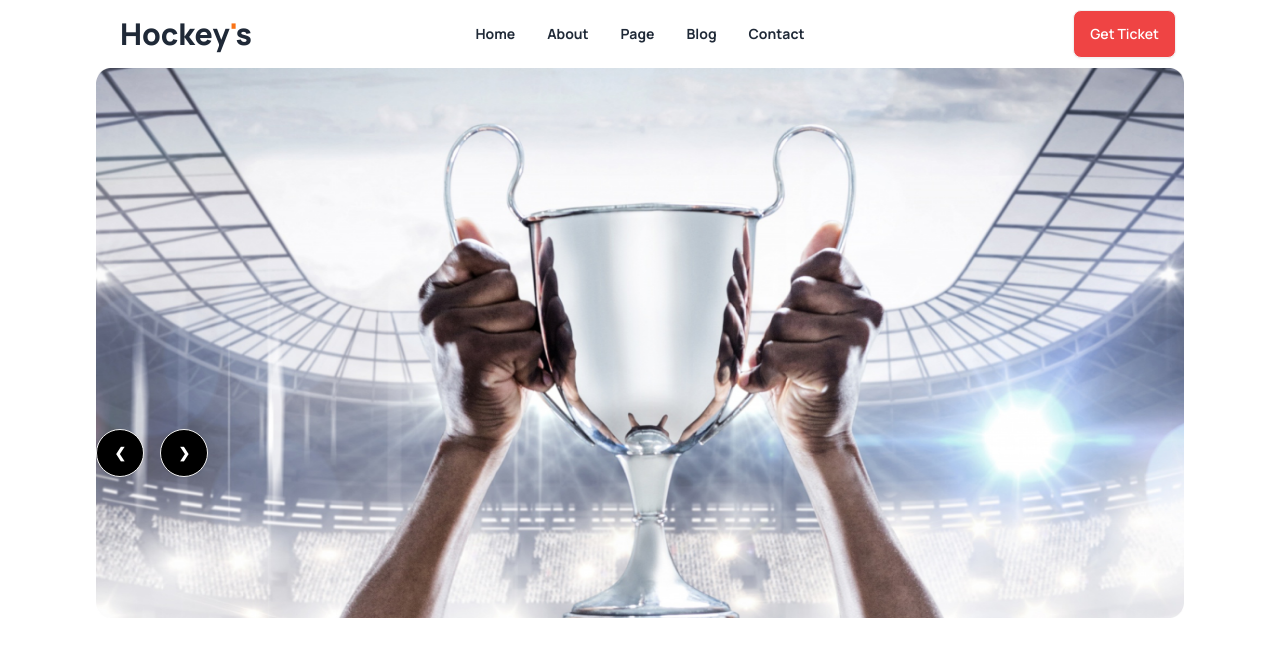
Repository: RudrasahaDibos/Hockey-
Page: index.html
The author's editor kept a copy of each file at every save. The page is drawn from the files as they stood at one save, then again after a run of saves.
The browser window is 1280 px wide. The pictures show the whole page.
Some web libraries are served in a nearby version.

Above is the page before, as saved 2024-10-23 19:10:42.

After the next 4 saves:
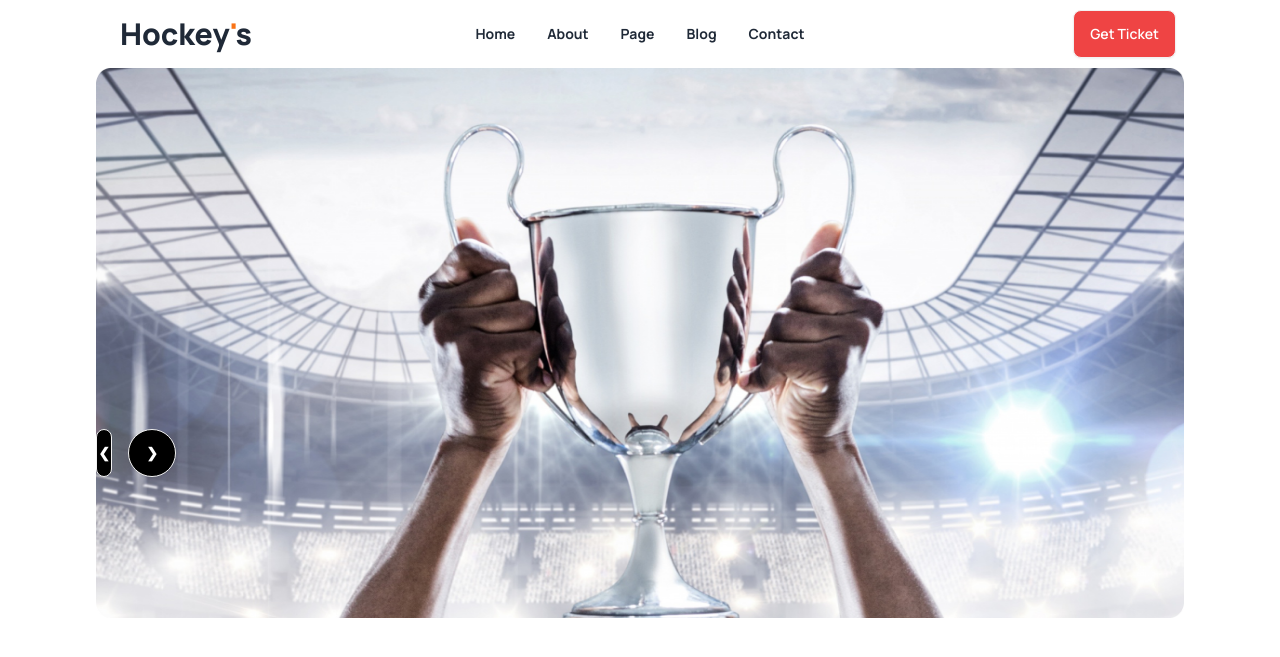
The 4 saves are shown as one change because they came seconds apart.
The last was saved 13 s later.
--- a/index.html
+++ b/index.html
@@ -96,7 +96,7 @@
                             src="Images/1.png"
                             class="w-full lg:h-[550px] " />
                           <div class="absolute left-0 right-0 top-[60%] flex -translate-y-1/2 transform gap-4">
-                            <a href="#slide4" class="btn btn-circle  bg-black text-white">❮</a>
+                            <a href="#slide4" class="btn btn-circle h-4 w-4  bg-black text-white">❮</a>
                             <a href="#slide2" class="btn btn-circle bg-black text-white">❯</a>
                           </div>
                         </div>

After the 6 saves that followed:
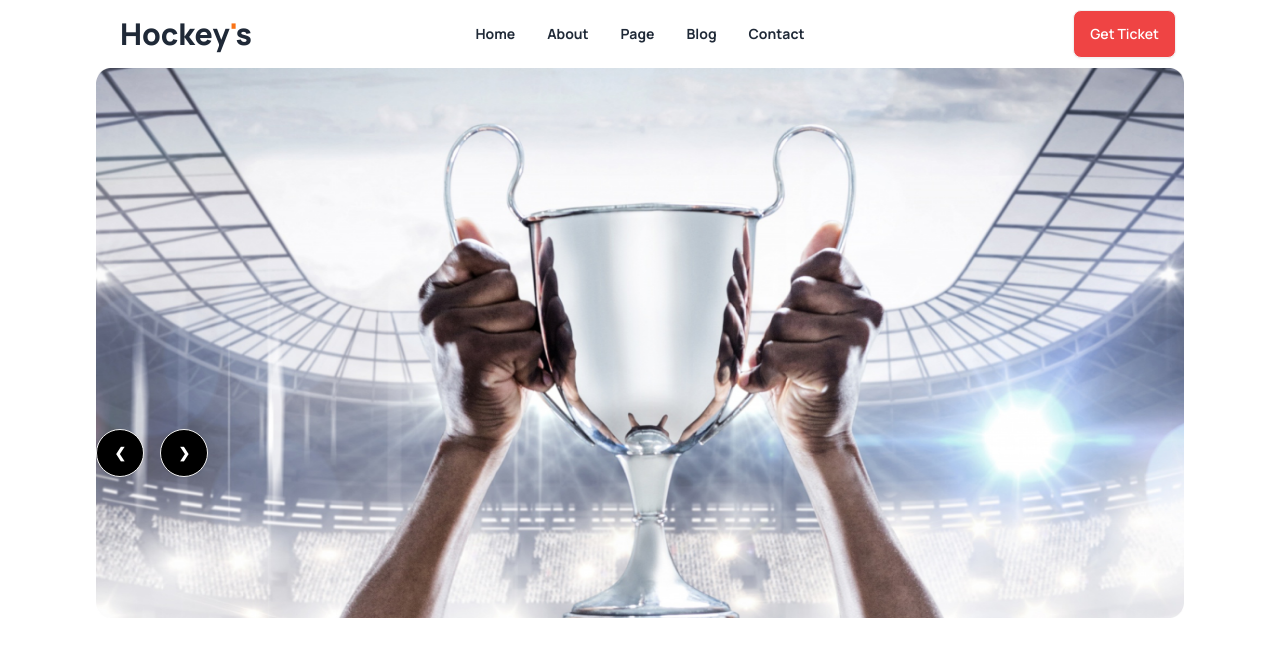
The 6 saves are shown as one change because 2 left the picture as it was and some came seconds apart.
The last was saved 48 s later.
--- a/index.html
+++ b/index.html
@@ -96,7 +96,7 @@
                             src="Images/1.png"
                             class="w-full lg:h-[550px] " />
                           <div class="absolute left-0 right-0 top-[60%] flex -translate-y-1/2 transform gap-4">
-                            <a href="#slide4" class="btn btn-circle h-4 w-4  bg-black text-white">❮</a>
+                            <a href="#slide4" class="btn btn-circle  bg-black text-white">❮</a>
                             <a href="#slide2" class="btn btn-circle bg-black text-white">❯</a>
                           </div>
                         </div>
